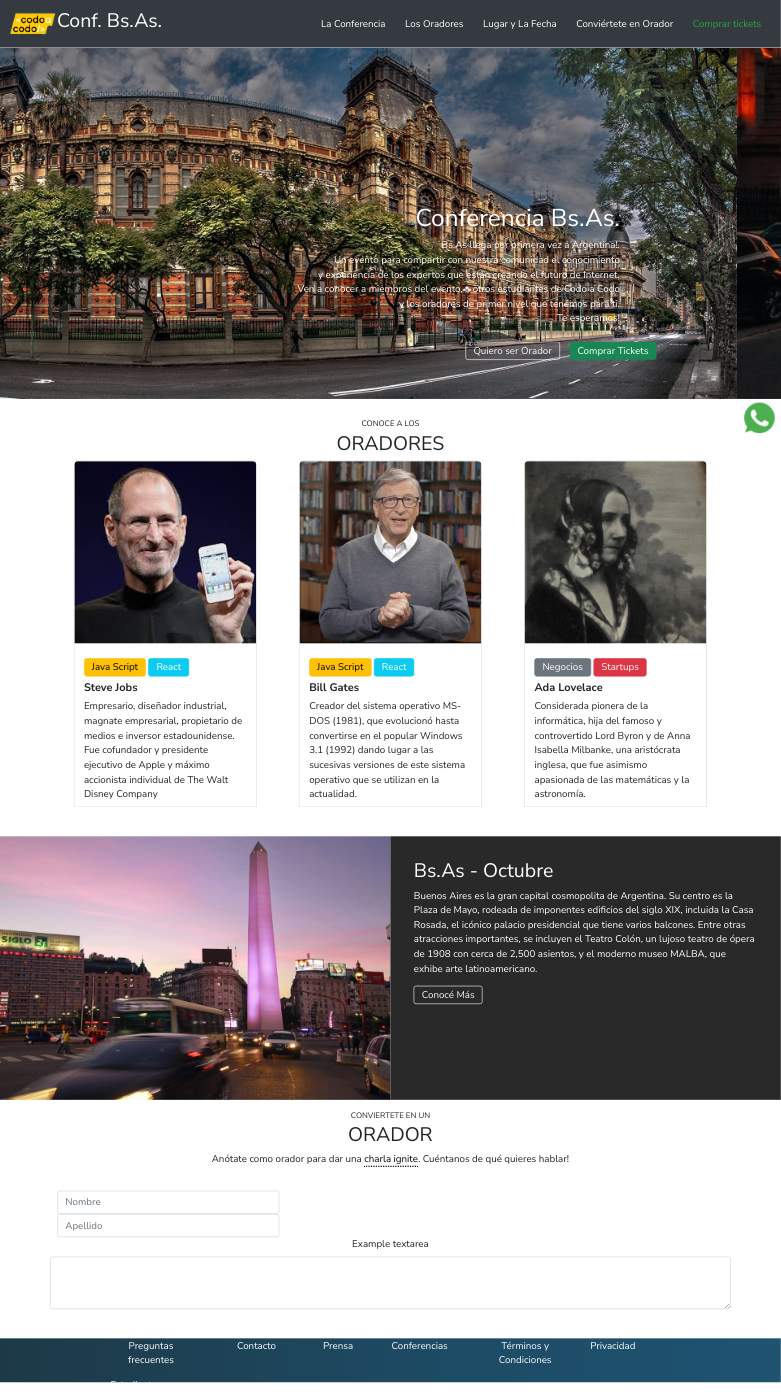
Repository: Melire/trabajo-final-BS
Page: index.html
An editor plug-in stored every save of this project. The page is shown before and after a run of saves, followed by the edit.
The browser window is 1280 px wide. The pictures show the whole page, at 61% of full size.

Above is the page before, as saved 2023-05-11 09:41:28.

After the next 3 saves:
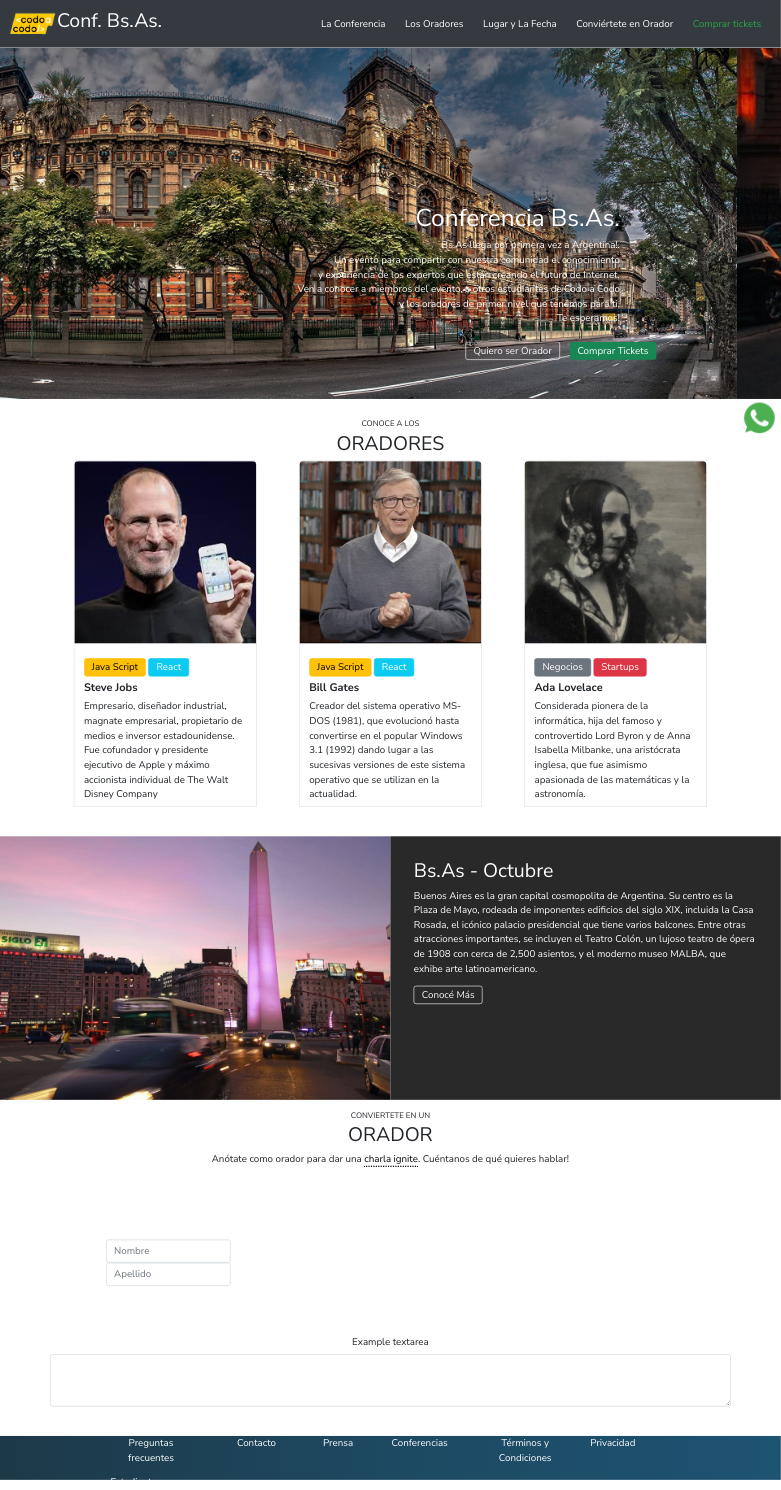
The 3 saves are shown as one change because they came seconds apart.
The last was saved 15 s later.
--- a/css/estilos3.css
+++ b/css/estilos3.css
@@ -154,8 +154,7 @@
 
 /*formulario Orador*/
 .camposForm{
-    text-align: center;
-    align-items: center;
+   padding: 5rem;
 }
 .formularioOrador {
     text-align: center;
